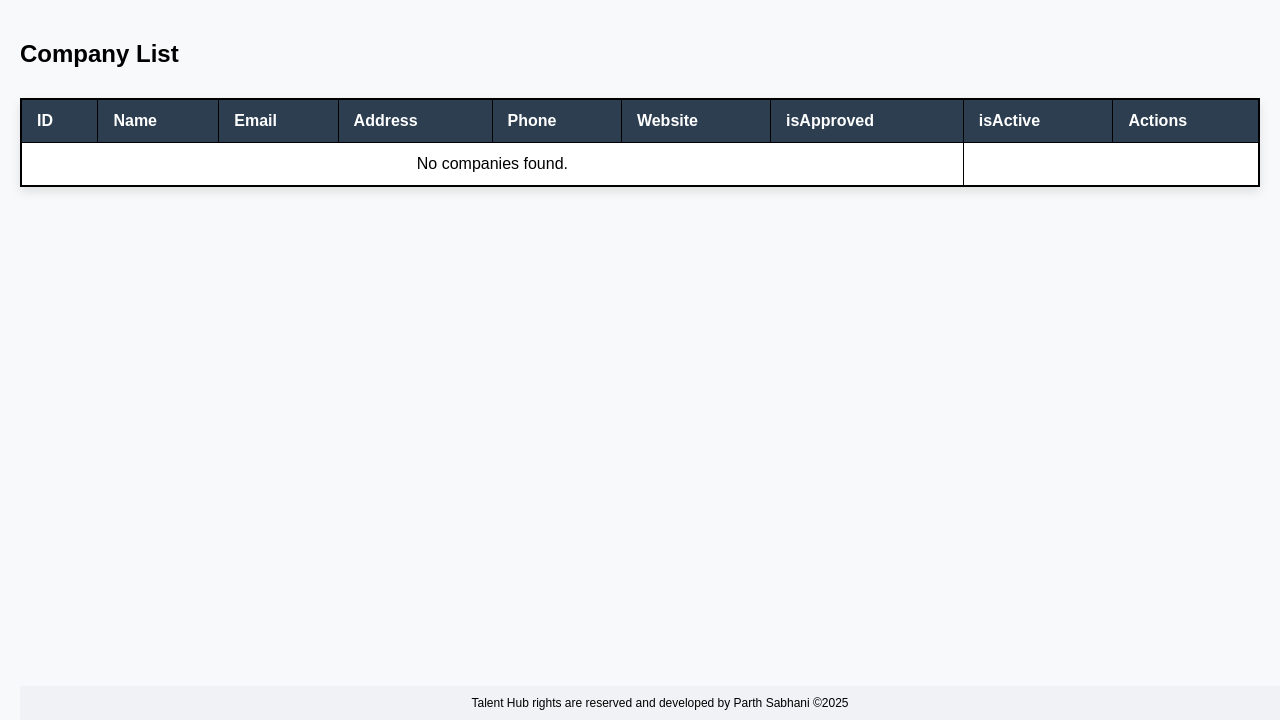
Repository: parthsabhani/Job_Portal_JSP_Servlet
Page: http://localhost/Job_Portal/adminDashboard.jsp
The author's editor kept a copy of each file at every save. The page is drawn from the files as they stood at one save, then again after the next save.
The browser window is 1280 px wide. The pictures show the whole page.
The page is served by Tomcat 10. The template is opened directly, without the code that normally fills it, so the values that code supplies are empty.

Above is the page before, as saved 2025-04-24 03:22:54.

After the next save:
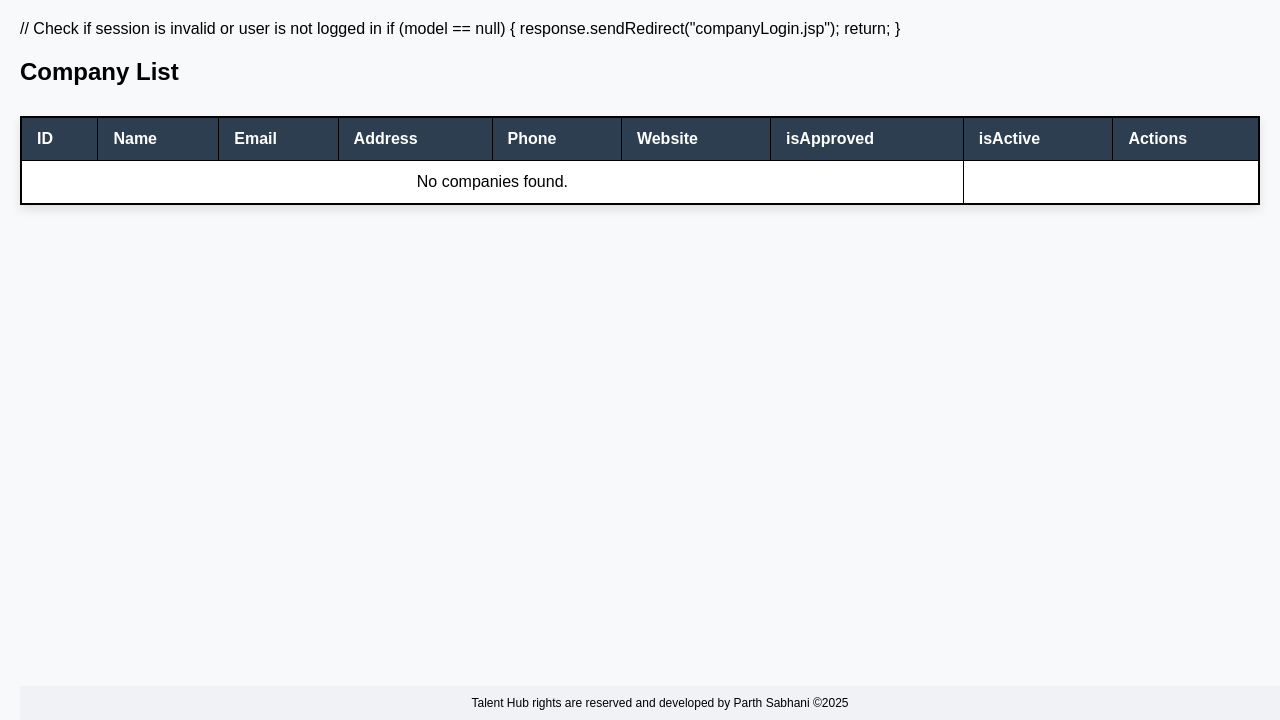
Saved 34 s later.
--- a/Job_Portal/src/main/webapp/adminDashboard.jsp
+++ b/Job_Portal/src/main/webapp/adminDashboard.jsp
@@ -1,6 +1,12 @@
 <%@ page language="java" contentType="text/html; charset=UTF-8"
 	pageEncoding="UTF-8"%>
 <%@ page import="java.util.*, com.model.CompanyModel"%>
+
+// Check if session is invalid or user is not logged in
+    if (model == null) {
+        response.sendRedirect("companyLogin.jsp");
+        return;
+    }
 <!DOCTYPE html>
 <html>
 <head>
